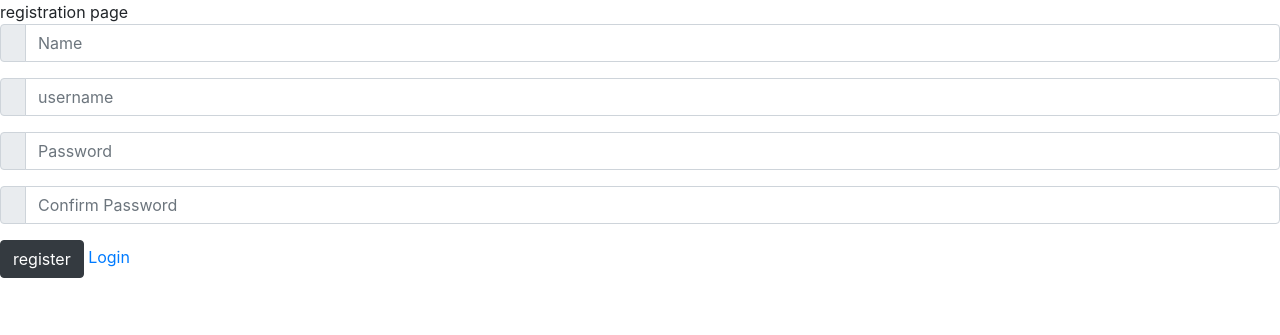
Repository: vishnushelke/LoginPage
Page: http://localhost/MyLoginPage/register.jsp
The author's editor kept a copy of each file at every save. The page is drawn from the files as they stood at one save, then again after the next save.
The browser window is 1280 px wide. The pictures show the whole page.
The page is served by Tomcat 9.

Above is the page before, as saved 2019-10-10 06:24:07.

After the next save:
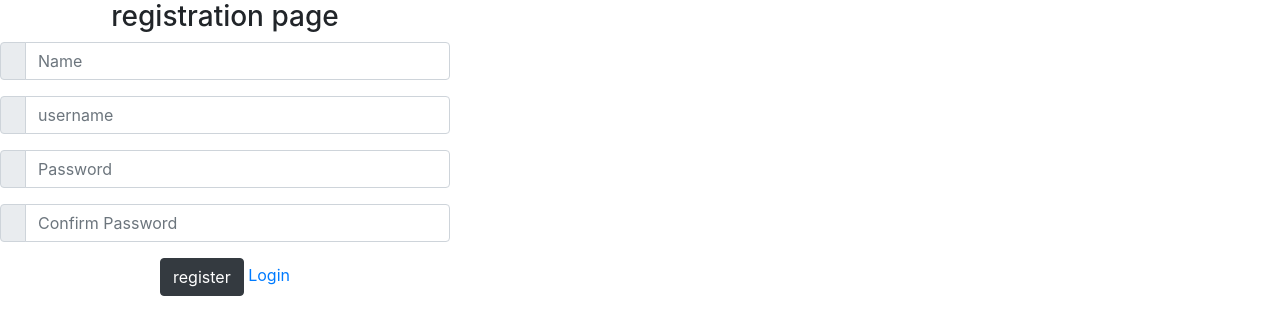
Saved 103 s later.
--- a/MyLoginPage/WebContent/register.jsp
+++ b/MyLoginPage/WebContent/register.jsp
@@ -16,7 +16,9 @@
 </head>
 <body>
 <form action="register" method="post">
-registration page<br>
+<div style='text-align:center'>
+<fieldset style="width:450px">
+<h3>registration page</h3>
 <div class="input-group mb-3">
   <div class="input-group-prepend">
     <span class="input-group-text" id="basic-addon1"></span>
